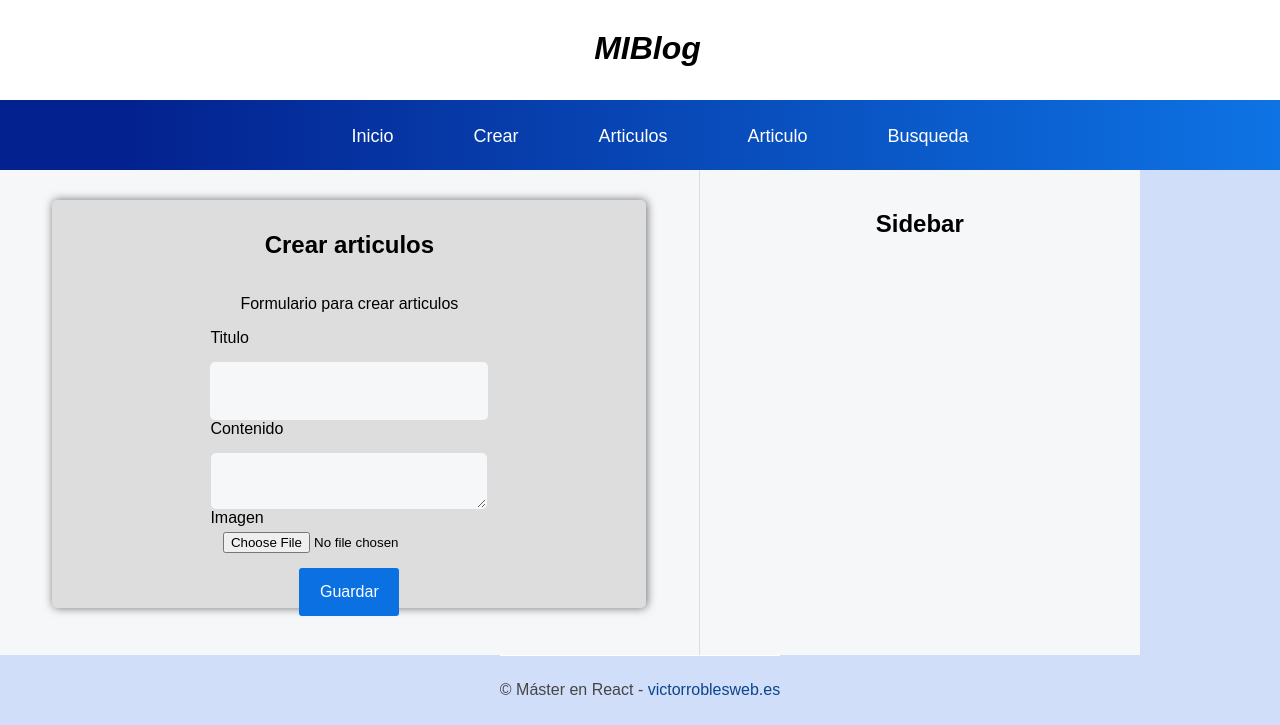
Repository: DamianBermudez94/frondEnd-blog
Page: /crear
The author's editor kept a copy of each file at every save. The page is drawn from the files as they stood at one save, then again after the next save.
The browser window is 1280 px wide. The pictures show the whole page.
The project was rebuilt for these pictures with package versions that can differ from the ones it lists, and the page was loaded fresh each time. Also part of the build but not shown: vite.config.js, src/components/pages/Inicio.jsx, src/components/pages/Busqueda.jsx, src/helper/Global.jsx, src/helper/Peticion.jsx, src/components/pages/Listado.jsx, src/components/pages/Articulos.jsx, src/components/pages/Articulo.jsx.

Above is the page before, as saved 2023-08-14 19:27:43.

### index.html
<!doctype html>
<html lang="es">
  <head>
    <meta charset="UTF-8" />
    <link rel="icon" type="image/svg+xml" href="/vite.svg" />
    <meta name="viewport" content="width=device-width, initial-scale=1.0" />
    <title>Proyecto-blog</title>
  </head>
  <body>
    <div id="root"></div>
    <script type="module" src="/src/main.jsx"></script>
  </body>
</html>

### src/main.jsx

import ReactDOM from 'react-dom/client'
import App from './App.jsx'
import './index.css'

ReactDOM.createRoot(document.getElementById('root')).render(

    <App />

)

### src/App.jsx
import { Rutas } from "./router/rutas"



function App() {


  return (
    <div className="layout">
      <Rutas></Rutas>
    </div>
  )
}

export default App

### src/index.css
/*:root {
  font-family: Inter, system-ui, Avenir, Helvetica, Arial, sans-serif;
  line-height: 1.5;
  font-weight: 400;

  color-scheme: light dark;
  color: rgba(255, 255, 255, 0.87);
  background-color: #242424;

  font-synthesis: none;
  text-rendering: optimizeLegibility;
  -webkit-font-smoothing: antialiased;
  -moz-osx-font-smoothing: grayscale;
  -webkit-text-size-adjust: 100%;
}

a {
  font-weight: 500;
  color: #646cff;
  text-decoration: inherit;
}
a:hover {
  color: #535bf2;
}

body {
  margin: 0;
  display: flex;
  place-items: center;
  min-width: 320px;
  min-height: 100vh;
}

h1 {
  font-size: 3.2em;
  line-height: 1.1;
}

button {
  border-radius: 8px;
  border: 1px solid transparent;
  padding: 0.6em 1.2em;
  font-size: 1em;
  font-weight: 500;
  font-family: inherit;
  background-color: #1a1a1a;
  cursor: pointer;
  transition: border-color 0.25s;
}
button:hover {
  border-color: #000bdb;
}
button:focus,
button:focus-visible {
  outline: 4px auto -webkit-focus-ring-color;
}

@media (prefers-color-scheme: light) {
  :root {
    color: #213547;
    background-color: #ffffff;
  }
  a:hover {
    color: #000dff;
  }
  button {
    background-color: #f9f9f9;
  }
}*/


/*ESTILOS GENERALES*/

body{
  background: #d1defa;
  font-family: sans-serif, Arial, Helvetica;
  text-align: center;
  padding: 0px;
  margin: 0px;
  box-sizing: border-box;

}

.layout{
  display: grid;
  grid-template-areas:
      "header header header header"
      "nav nav nav nav"
      "content content content lateral"
      "footer footer footer footer"
  ;
  grid-template-rows: 100px 70px auto 70px;
}

/*ESTILOS CABECERA*/

.header{
  grid-area: header;
  width: 100%;
  background: white;
  text-align: left;
  font-style: italic;

  display: flex;
  justify-content: center;
}



.header h1{
  margin-left: 15px;
  margin-top: 30px;
}

/*ESTILOS DE LA BARRA DE NAVEGACIÓN*/

.nav{
  grid-area: nav;
  background: linear-gradient(90deg, #03228f 10%, #0e73e4 100%);
}

.nav > ul {
  display: flex;
  justify-content: center;
  align-items: center;
  list-style: none;
}

.nav li{
  padding: 10px;
}

.nav a {
  display: block;
  margin-left: 30px;
  margin-right: 30px;
  font-size: 18px;
  font-weight: lighter;
  color: white;
  text-decoration: none;
  transition: all 300ms;
}

.nav a:hover{
  transform: scale(1.1, 1.1);
}

/*ESTILOS PARA EL CONTENIDO PRINCIPAL*/

.content{

  grid-area: content;
  background: #f6f7f9;
  display: flex;
  flex-flow: wrap;
  justify-content: flex-start;
  align-items: initial;
  flex-grow: 1;
}
.jumbo{
  width: 85%;
  height: 80%;
  padding-top: 20px;
  display: flex;
  background-color: #ddd;
  justify-content: center;
  align-items: center;
  flex-direction: column;
  border-radius: 5px;
  box-shadow: 1px 0px 10px 0px #6e6e6e;
  margin: 30px auto;
}
.articulo-item{
  flex-grow: 1;
  background: white;
  border-radius: 10px;
  box-shadow: 0px 0px 6px #ddd;
  margin: 20px;
  padding-top: 60px;
  padding-bottom: 60px;
  padding-left: 25px;
  padding-right: 25px;
  display: flex;
  justify-content: center;
  align-items: center;
  max-height: 225px;
}
.articulo-img img{
  width: 500px;
  overflow: hidden;
}
.articulo-item .edit{
  margin-right: 7px;
}
.articulo-datos{
  text-align: left;
}
.title-articulo{
  font-size: 25px;

}
.button,
button,
input[type="submit"],
input[type="button"]{
  width: 100px;
  background: #0b70e1;
  color: white;
  border: 0;
  outline: 0;
  padding:15px;
  border-radius: 3px;
  margin-top:15px;
  text-transform: capitalize;
  font-size: 16px;
  font-weight: 500;
  cursor: pointer;
  transition: all 300ms;
}
.articulo-borrar{
  margin-right: 20px;
}
.articulo-item .articulo-borrar:hover{

  background: #9b0202;
}

.articulo-item .articulo-editar:hover{
  background: #e77b00;
}

/*ESTILOS BARRA LATERAL*/

.lateral{
  width: 400px;
  grid-area: lateral;
  background: #f6f7f9;
  border-left: 1px solid #ddd;
  padding: 20px;
}

.lateral > div{
  box-sizing: border-box;
  width: 90%;
  margin: 20px;
  padding: 20px;
  padding-top: 10px;
  background: white;
  border-radius: 10px;
  box-shadow: 0px 0px 6px #ddd;
}

input[type="text"],
input[type="text"],
textarea,
input[type="text"],
input[type="text"],
textarea
{
  display: block;
  margin: 0 auto;
  margin-top: 15px;
  padding: 12px;
  border-radius: 5px;
  background: #f6f7f9;
  color: #454545;
  width: 80%;
  max-width: 250px;
  min-width: 250px;
  min-height: 30px;
  max-height: 250px;
  opacity: 4;
  outline: 0;
  border-color: transparent;
}
.no-encontrado{
  color: #9b0202;
}
.edit_form{
  border-top: 1px solid #ddd;
  margin-top: 10px;
}
.formulario{
 margin-top: 0;
}
.grup-form label{
 display: block;
  text-align: left;
  margin-bottom: 5px;
}
/*ESTILOS PARA EL PIE DE PÁGINA*/
.footer{
  max-height: 300px;
  grid-area: footer;
  margin: 0 auto;
  background-color: #d1defa;
  color: #454545;
  border-top: 1px solid white;

  line-height: 68px;

}

.footer a{
  color: #0b468a;
  text-decoration: none;
}

@media (max-width: 1085px){
  .content {
      flex-flow: column wrap;
      justify-content: center;
      align-items: center;
  }

  .articulo-item{
      width: 80%;
  }
}

### src/router/rutas.jsx

import { BrowserRouter, Routes, Route } from "react-router-dom";
import { Inicio } from "../components/pages/Inicio";
import { Busqueda } from "../components/pages/Busqueda";
import { Crear } from "../components/pages/Crear";
import Articulos from "../components/pages/Articulos";
import { Articulo } from "../components/pages/Articulo";
import { Header } from "../components/layout/Header";
import { Nav } from "../components/layout/Nav";
import { Footer } from "../components/layout/Footer";
import { Sidebar } from "../components/layout/Sidebar";


export const Rutas = ()=>{

    return(

        <BrowserRouter>
            {/*Layout*/}
            <Header></Header>
            <Nav></Nav>
            {/*Contenido principal y rutas*/}
            <section id="content" className="content">
                <Routes>
                    <Route path="/" element={<Inicio/>}/>
                    <Route path="/inicio" element={<Inicio/>}/>
                    <Route path="/busqueda" element={<Busqueda/>}/>
                    <Route path="/crear" element={<Crear/>}/>
                    <Route path="/articulos" element={<Articulos/>}/>
                    <Route path="/articulo" element={<Articulo/>}/>
                </Routes>
            </section>
            <Sidebar/>
            <Footer></Footer>
        </BrowserRouter>

    )

}

### src/components/pages/Crear.jsx


export const Crear = () => {
  return (
    <div className="jumbo">
      <h1>Crear articulos</h1>
      <p>Formulario para crear articulos</p>
      <form className="formulario">
        <div className="grup-form">
          <label htmlFor="titulo">Titulo</label>
          <input type="text" name="titulo"/>
        </div>
        <div className="grup-form">
          <label htmlFor="contenido">Contenido</label>
          <textarea type="textarea" name="contenido"/>
        </div>
        <div className="grup-form">
          <label htmlFor="file0">Imagen</label>
          <input type="file" name="file0" id="file"/>
        </div>
        <input type="submit" value="Guardar" className="btn btn-succes" />
      </form>
    </div>
  );
};

### src/components/layout/Header.jsx
import React from 'react'

export const Header = () => {
  return (

         <header className="header">
            <h1>MIBlog</h1>
        </header>

  )
}

### src/components/layout/Nav.jsx
import React from 'react'
import { NavLink } from 'react-router-dom'

export const Nav = () => {
  return (

           <nav className="nav">
            <ul>
                <li><NavLink to="/#">Inicio</NavLink></li>
                <li><NavLink to="/crear">Crear</NavLink></li>
                <li><NavLink to="/articulos">Articulos</NavLink></li>
                <li><NavLink to="/articulo">Articulo</NavLink></li>
                <li><NavLink to="/busqueda">Busqueda</NavLink></li>

            </ul>
        </nav>

  )
}

### src/components/layout/Footer.jsx
import React from 'react'

export const Footer = () => {
  return (

         <footer className="footer">
            &copy; Máster en React - <a href="https://victorroblesweb.es">victorroblesweb.es</a>
        </footer>

  )
}

### src/components/layout/Sidebar.jsx
import React from 'react'

export const Sidebar = () => {
  return (
        <aside className="lateral">

            <h1>Sidebar</h1>

        </aside>

  )
}

After the next save:
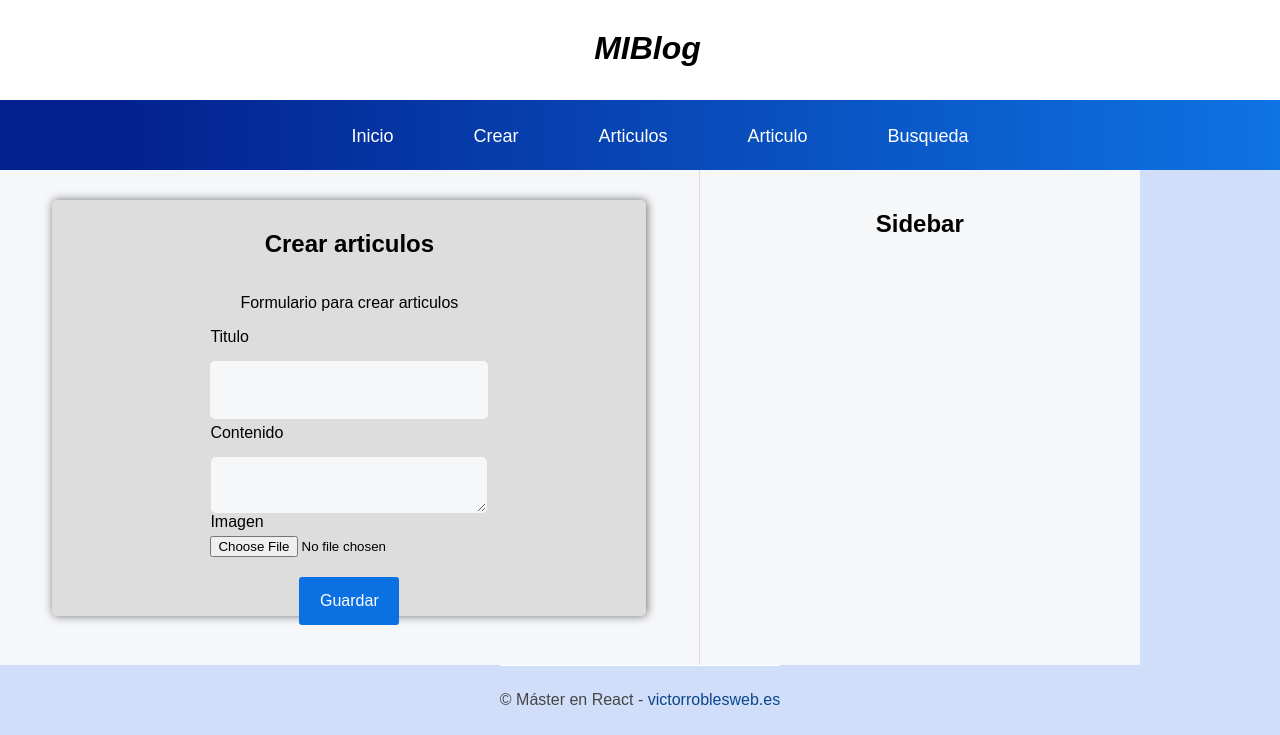
Saved 23 s later.
--- a/src/index.css
+++ b/src/index.css
@@ -288,6 +288,11 @@ textarea
   text-align: left;
   margin-bottom: 5px;
 }
+.grup-form input{
+  display: block;
+   text-align: left;
+   margin-bottom: 5px;
+ }
 /*ESTILOS PARA EL PIE DE PÁGINA*/
 .footer{
   max-height: 300px;
